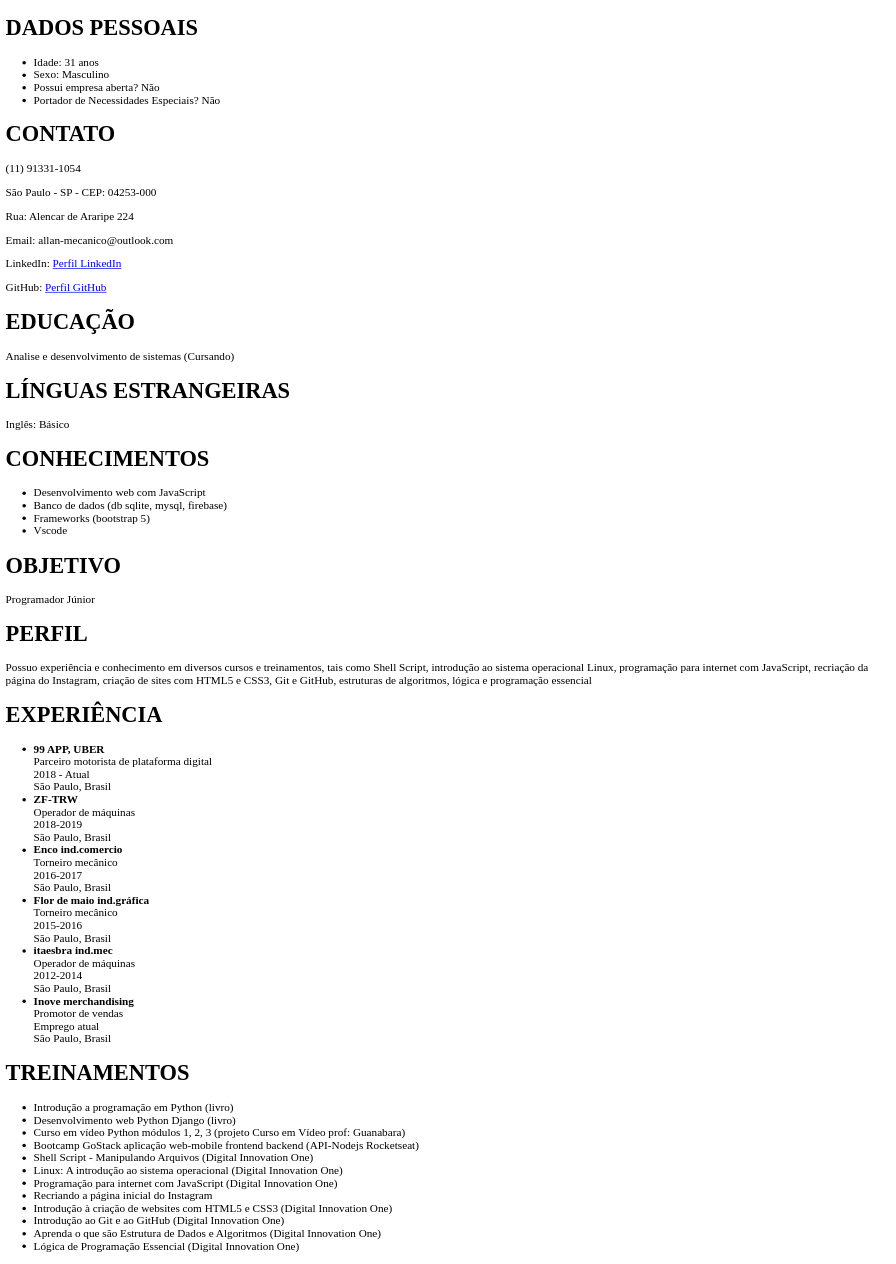
Repository: alfredo-allan/Portfolio
Page: curriculo.html
These files come from the project's save history. The page is drawn as it stood at one moment and after a run of saves; the edit follows.
The browser window is 1280 px wide. The pictures show the whole page, at 70% of full size.

Above is the page before, as saved 2024-03-20 14:45:36.

After the next 3 saves:
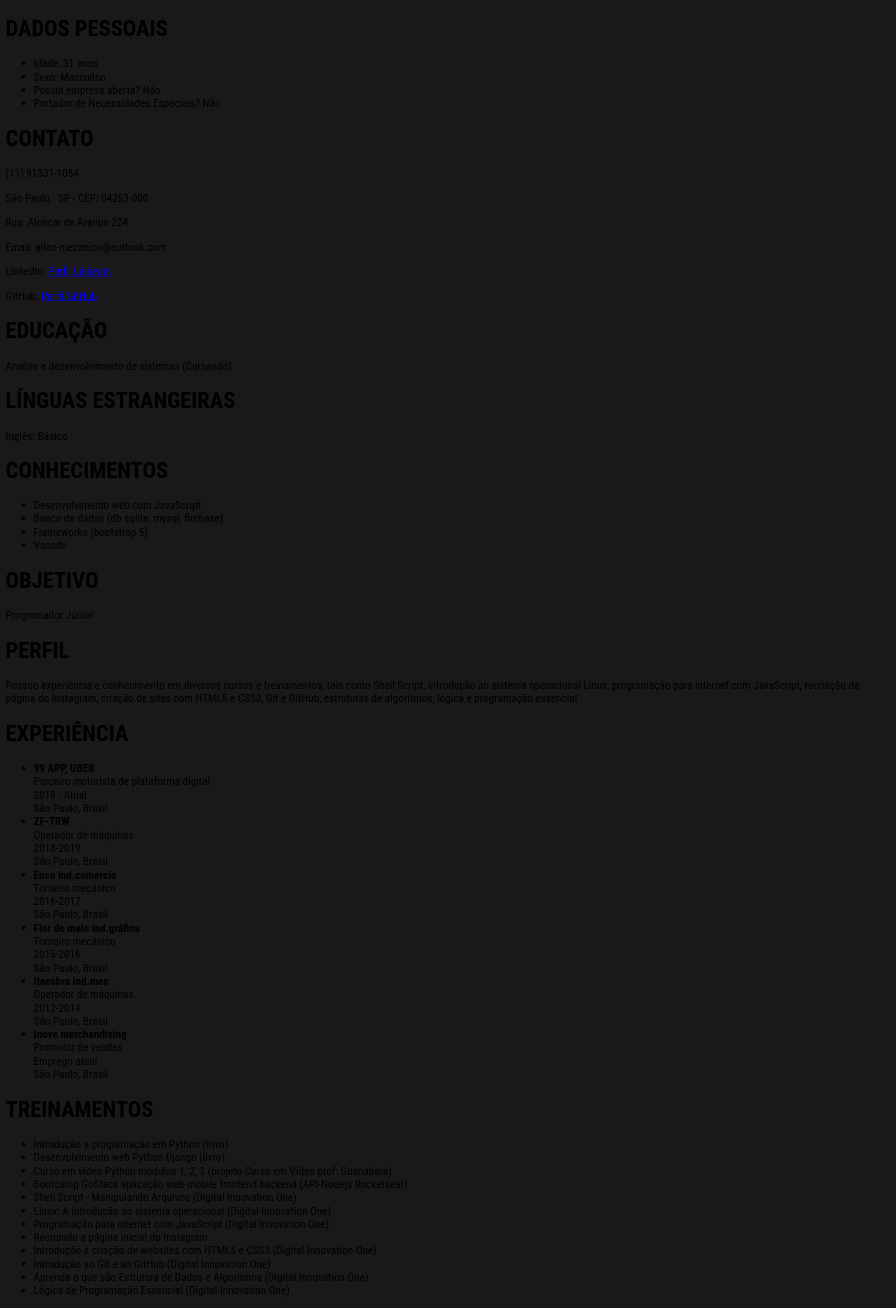
The 3 saves are shown as one change because they came seconds apart.
The last was saved 26 s later.
--- a/curriculo.html
+++ b/curriculo.html
@@ -5,7 +5,7 @@
 	<meta charset="UTF-8">
 	<meta http-equiv="X-UA-Compatible" content="IE=edge">
 	<meta name="viewport" content="width=device-width, initial-scale=1.0">
-	<script></script>
+	<link rel="stylesheet" href="./src/assets/styles/home.css" />
 	<title>Curriculum Vitae - Alfredo Allan Teixeira Sousa</title>
 </head>
 
